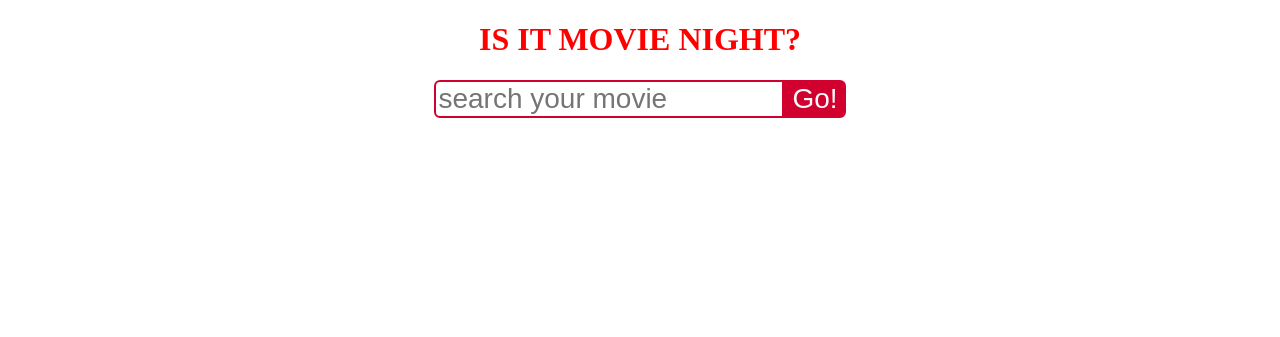
Repository: runner855/movies-app
Page: /
The author's editor kept a copy of each file at every save. The page is drawn from the files as they stood at one save, then again after the next save.
The browser window is 1280 px wide. The pictures show the whole page.
The project was rebuilt for these pictures with package versions that can differ from the ones it lists, and the page was loaded fresh each time. Also part of the build but not shown: src/styles/App.css, src/components/MovieSummary.js.

Above is the page before, as saved 2021-06-17 18:41:29.

### src/index.js
import React from "react";
import ReactDOM from "react-dom";
import "./styles/index.css";
import App from "./components/App";
import data from "./data/data.json";

ReactDOM.render(
  <React.StrictMode>
    <App data={data} />
  </React.StrictMode>,
  document.getElementById("root")
);

### src/styles/index.css
@font-face {
  font-family: "BebasNeue";
  src: url("../fonts/BebasNeue.otf") format("otf");
}
* {
  box-sizing: border-box;
}

body {
  margin: 0;
  padding: 0;
  font-family: "BebasNeue", sans-serif;
  /* background-color: #000; */
}

### src/components/App.js
import React from "react";
import "../styles/App.css";
import PropTypes from "prop-types";
import Header from "../components/header";
import Search from "../components/Search";
import MovieSummaries from "./MovieSummaries";

const App = ({ data }) => {
  return (
    <div className="Movie">
      <Header />
      <Search />
      <MovieSummaries data={data} />
    </div>
  );
};

export default App;

App.propTypes = {
  movies: PropTypes.arrayOf(
    PropTypes.shape({
      Title: PropTypes.string,
      Poster: PropTypes.any,
      Year: PropTypes.number,
    })
  ),
};

### src/data/data.json
[
  {
    "Title": "Avatar",
    "Year": "2009",
    "Rated": "PG-13",
    "Released": "18 Dec 2009",
    "Runtime": "162 min",
    "Genre": "Action, Adventure, Fantasy",
    "Director": "James Cameron",
    "Writer": "James Cameron",
    "Actors": "Sam Worthington, Zoe Saldana, Sigourney Weaver, Stephen Lang",
    "Plot": "A paraplegic marine dispatched to the moon Pandora on a unique mission becomes torn between following his orders and protecting the world he feels is his home.",
    "Language": "English, Spanish",
    "Country": "USA, UK",
    "Awards": "Won 3 Oscars. Another 80 wins & 121 nominations.",
    "Poster": "http://ia.media-imdb.com/images/M/MV5BMTYwOTEwNjAzMl5BMl5BanBnXkFtZTcwODc5MTUwMw@@._V1_SX300.jpg",
    "Metascore": "83",
    "imdbRating": "7.9",
    "imdbVotes": "890,617",
    "imdbID": "tt0499549",
    "Type": "movie",
    "Response": "True",
    "Images": [
      "https://images-na.ssl-images-amazon.com/images/M/MV5BMjEyOTYyMzUxNl5BMl5BanBnXkFtZTcwNTg0MTUzNA@@._V1_SX1500_CR0,0,1500,999_AL_.jpg",
      "https://images-na.ssl-images-amazon.com/images/M/MV5BNzM2MDk3MTcyMV5BMl5BanBnXkFtZTcwNjg0MTUzNA@@._V1_SX1777_CR0,0,1777,999_AL_.jpg",
      "https://images-na.ssl-images-amazon.com/images/M/MV5BMTY2ODQ3NjMyMl5BMl5BanBnXkFtZTcwODg0MTUzNA@@._V1_SX1777_CR0,0,1777,999_AL_.jpg",
      "https://images-na.ssl-images-amazon.com/images/M/MV5BMTMxOTEwNDcxN15BMl5BanBnXkFtZTcwOTg0MTUzNA@@._V1_SX1777_CR0,0,1777,999_AL_.jpg",
      "https://images-na.ssl-images-amazon.com/images/M/MV5BMTYxMDg1Nzk1MV5BMl5BanBnXkFtZTcwMDk0MTUzNA@@._V1_SX1500_CR0,0,1500,999_AL_.jpg"
    ]
  },
  {
    "Title": "I Am Legend",
    "Year": "2007",
    "Rated": "PG-13",
    "Released": "14 Dec 2007",
    "Runtime": "101 min",
    "Genre": "Drama, Horror, Sci-Fi",
    "Director": "Francis Lawrence",
    "Writer": "Mark Protosevich (screenplay), Akiva Goldsman (screenplay), Richard Matheson (novel), John William Corrington, Joyce Hooper Corrington",
    "Actors": "Will Smith, Alice Braga, Charlie Tahan, Salli Richardson-Whitfield",
    "Plot": "Years after a plague kills most of humanity and transforms the rest into monsters, the sole survivor in New York City struggles valiantly to find a cure.",
    "Language": "English",
    "Country": "USA",
    "Awards": "9 wins & 21 nominations.",
    "Poster": "http://ia.media-imdb.com/images/M/MV5BMTU4NzMyNDk1OV5BMl5BanBnXkFtZTcwOTEwMzU1MQ@@._V1_SX300.jpg",
    "Metascore": "65",
    "imdbRating": "7.2",
    "imdbVotes": "533,874",
    "imdbID": "tt0480249",
    "Type": "movie",
    "Response": "True",
    "Images": [
      "https://images-na.ssl-images-amazon.com/images/M/MV5BMTI0NTI4NjE3NV5BMl5BanBnXkFtZTYwMDA0Nzc4._V1_.jpg",
      "https://images-na.ssl-images-amazon.com/images/M/MV5BMTIwMDg2MDU4M15BMl5BanBnXkFtZTYwMTA0Nzc4._V1_.jpg",
      "https://images-na.ssl-images-amazon.com/images/M/MV5BMTc5MDM1OTU5OV5BMl5BanBnXkFtZTYwMjA0Nzc4._V1_.jpg",
      "https://images-na.ssl-images-amazon.com/images/M/MV5BMTA0MTI2NjMzMzFeQTJeQWpwZ15BbWU2MDMwNDc3OA@@._V1_.jpg"
    ]
  },
  {
    "Title": "300",
    "Year": "2006",
    "Rated": "R",
    "Released": "09 Mar 2007",
    "Runtime": "117 min",
    "Genre": "Action, Drama, Fantasy",
    "Director": "Zack Snyder",
    "Writer": "Zack Snyder (screenplay), Kurt Johnstad (screenplay), Michael Gordon (screenplay), Frank Miller (graphic novel), Lynn Varley (graphic novel)",
    "Actors": "Gerard Butler, Lena Headey, Dominic West, David Wenham",
    "Plot": "King Leonidas of Sparta and a force of 300 men fight the Persians at Thermopylae in 480 B.C.",
    "Language": "English",
    "Country": "USA",
    "Awards": "16 wins & 42 nominations.",
    "Poster": "http://ia.media-imdb.com/images/M/MV5BMjAzNTkzNjcxNl5BMl5BanBnXkFtZTYwNDA4NjE3._V1_SX300.jpg",
    "Metascore": "52",
    "imdbRating": "7.7",
    "imdbVotes": "611,046",
    "imdbID": "tt0416449",
    "Type": "movie",
    "Response": "True",
    "Images": [
      "https://images-na.ssl-images-amazon.com/images/M/MV5BMTMwNTg5MzMwMV5BMl5BanBnXkFtZTcwMzA2NTIyMw@@._V1_SX1777_CR0,0,1777,937_AL_.jpg",
      "https://images-na.ssl-images-amazon.com/images/M/MV5BMTQwNTgyNTMzNF5BMl5BanBnXkFtZTcwNDA2NTIyMw@@._V1_SX1777_CR0,0,1777,935_AL_.jpg",
      "https://images-na.ssl-images-amazon.com/images/M/MV5BMTc0MjQzOTEwMV5BMl5BanBnXkFtZTcwMzE2NTIyMw@@._V1_SX1777_CR0,0,1777,947_AL_.jpg"
    ]
  },
  {
    "Title": "The Avengers",
    "Year": "2012",
    "Rated": "PG-13",
    "Released": "04 May 2012",
    "Runtime": "143 min",
    "Genre": "Action, Sci-Fi, Thriller",
    "Director": "Joss Whedon",
    "Writer": "Joss Whedon (screenplay), Zak Penn (story), Joss Whedon (story)",
    "Actors": "Robert Downey Jr., Chris Evans, Mark Ruffalo, Chris Hemsworth",
    "Plot": "Earth's mightiest heroes must come together and learn to fight as a team if they are to stop the mischievous Loki and his alien army from enslaving humanity.",
    "Language": "English, Russian",
    "Country": "USA",
    "Awards": "Nominated for 1 Oscar. Another 34 wins & 75 nominations.",
    "Poster": "http://ia.media-imdb.com/images/M/MV5BMTk2NTI1MTU4N15BMl5BanBnXkFtZTcwODg0OTY0Nw@@._V1_SX300.jpg",
    "Metascore": "69",
    "imdbRating": "8.1",
    "imdbVotes": "1,003,301",
    "imdbID": "tt0848228",
    "Type": "movie",
    "Response": "True",
    "Images": [
      "https://images-na.ssl-images-amazon.com/images/M/MV5BMTA0NjY0NzE4OTReQTJeQWpwZ15BbWU3MDczODg2Nzc@._V1_SX1777_CR0,0,1777,999_AL_.jpg",
      "https://images-na.ssl-images-amazon.com/images/M/MV5BMjE1MzEzMjcyM15BMl5BanBnXkFtZTcwNDM4ODY3Nw@@._V1_SX1777_CR0,0,1777,999_AL_.jpg",
      "https://images-na.ssl-images-amazon.com/images/M/MV5BMjMwMzM2MTg1M15BMl5BanBnXkFtZTcwNjM4ODY3Nw@@._V1_SX1777_CR0,0,1777,999_AL_.jpg",
      "https://images-na.ssl-images-amazon.com/images/M/MV5BMTQ4NzM2Mjc5MV5BMl5BanBnXkFtZTcwMTkwOTY3Nw@@._V1_SX1777_CR0,0,1777,999_AL_.jpg",
      "https://images-na.ssl-images-amazon.com/images/M/MV5BMTc3MzQ3NjA5N15BMl5BanBnXkFtZTcwMzY5OTY3Nw@@._V1_SX1777_CR0,0,1777,999_AL_.jpg"
    ]
  },
  {
    "Title": "The Wolf of Wall Street",
    "Year": "2013",
    "Rated": "R",
    "Released": "25 Dec 2013",
    "Runtime": "180 min",
    "Genre": "Biography, Comedy, Crime",
    "Director": "Martin Scorsese",
    "Writer": "Terence Winter (screenplay), Jordan Belfort (book)",
    "Actors": "Leonardo DiCaprio, Jonah Hill, Margot Robbie, Matthew McConaughey",
    "Plot": "Based on the true story of Jordan Belfort, from his rise to a wealthy stock-broker living the high life to his fall involving crime, corruption and the federal government.",
    "Language": "English, French",
    "Country": "USA",
    "Awards": "Nominated for 5 Oscars. Another 35 wins & 154 nominations.",
    "Poster": "http://ia.media-imdb.com/images/M/MV5BMjIxMjgxNTk0MF5BMl5BanBnXkFtZTgwNjIyOTg2MDE@._V1_SX300.jpg",
    "Metascore": "75",
    "imdbRating": "8.2",
    "imdbVotes": "786,985",
    "imdbID": "tt0993846",
    "Type": "movie",
    "Response": "True",
    "Images": [
      "https://images-na.ssl-images-amazon.com/images/M/MV5BNDIwMDIxNzk3Ml5BMl5BanBnXkFtZTgwMTg0MzQ4MDE@._V1_SX1500_CR0,0,1500,999_AL_.jpg",
      "https://images-na.ssl-images-amazon.com/images/M/MV5BMTc0NzAxODAyMl5BMl5BanBnXkFtZTgwMDg0MzQ4MDE@._V1_SX1500_CR0,0,1500,999_AL_.jpg",
      "https://images-na.ssl-images-amazon.com/images/M/MV5BMTExMDk1MDE4NzVeQTJeQWpwZ15BbWU4MDM4NDM0ODAx._V1_SX1500_CR0,0,1500,999_AL_.jpg",
      "https://images-na.ssl-images-amazon.com/images/M/MV5BMTg3MTY4NDk4Nl5BMl5BanBnXkFtZTgwNjc0MzQ4MDE@._V1_SX1500_CR0,0,1500,999_AL_.jpg",
      "https://images-na.ssl-images-amazon.com/images/M/MV5BMTgzMTg4MDI0Ml5BMl5BanBnXkFtZTgwOTY0MzQ4MDE@._V1_SY1000_CR0,0,1553,1000_AL_.jpg"
    ]
  },
  {
    "Title": "Interstellar",
    "Year": "2014",
    "Rated": "PG-13",
    "Released": "07 Nov 2014",
    "Runtime": "169 min",
    "Genre": "Adventure, Drama, Sci-Fi",
    "Director": "Christopher Nolan",
    "Writer": "Jonathan Nolan, Christopher Nolan",
    "Actors": "Ellen Burstyn, Matthew McConaughey, Mackenzie Foy, John Lithgow",
    "Plot": "A team of explorers travel through a wormhole in space in an attempt to ensure humanity's survival.",
    "Language": "English",
    "Country": "USA, UK",
    "Awards": "Won 1 Oscar. Another 39 wins & 134 nominations.",
    "Poster": "http://ia.media-imdb.com/images/M/MV5BMjIxNTU4MzY4MF5BMl5BanBnXkFtZTgwMzM4ODI3MjE@._V1_SX300.jpg",
    "Metascore": "74",
    "imdbRating": "8.6",
    "imdbVotes": "937,412",
    "imdbID": "tt0816692",
    "Type": "movie",
    "Response": "True",
    "Images": [
      "https://images-na.ssl-images-amazon.com/images/M/MV5BMjA3NTEwOTMxMV5BMl5BanBnXkFtZTgwMjMyODgxMzE@._V1_SX1500_CR0,0,1500,999_AL_.jpg",
      "https://images-na.ssl-images-amazon.com/images/M/MV5BMzQ5ODE2MzEwM15BMl5BanBnXkFtZTgwMTMyODgxMzE@._V1_SX1500_CR0,0,1500,999_AL_.jpg",
      "https://images-na.ssl-images-amazon.com/images/M/MV5BMTg4Njk4MzY0Nl5BMl5BanBnXkFtZTgwMzIyODgxMzE@._V1_SX1500_CR0,0,1500,999_AL_.jpg",
      "https://images-na.ssl-images-amazon.com/images/M/MV5BMzE3MTM0MTc3Ml5BMl5BanBnXkFtZTgwMDIyODgxMzE@._V1_SX1500_CR0,0,1500,999_AL_.jpg",
      "https://images-na.ssl-images-amazon.com/images/M/MV5BNjYzNjE2NDk3N15BMl5BanBnXkFtZTgwNzEyODgxMzE@._V1_SX1500_CR0,0,1500,999_AL_.jpg"
    ]
  },
  {
    "ComingSoon": true,
    "Title": "Doctor Strange",
    "Year": "2016",
    "Rated": "N/A",
    "Released": "04 Nov 2016",
    "Runtime": "N/A",
    "Genre": "Action, Adventure, Fantasy",
    "Director": "Scott Derrickson",
    "Writer": "Scott Derrickson (screenplay), C. Robert Cargill (screenplay), Jon Spaihts (story by), Scott Derrickson (story by), C. Robert Cargill (story by), Steve Ditko (comic book)",
    "Actors": "Rachel McAdams, Benedict Cumberbatch, Mads Mikkelsen, Tilda Swinton",
    "Plot": "After his career is destroyed, a brilliant but arrogant and conceited surgeon gets a new lease on life when a sorcerer takes him under her wing and trains him to defend the world against evil.",
    "Language": "English",
    "Country": "USA",
    "Awards": "N/A",
    "Poster": "http://ia.media-imdb.com/images/M/MV5BNjgwNzAzNjk1Nl5BMl5BanBnXkFtZTgwMzQ2NjI1OTE@._V1_SX300.jpg",
    "Metascore": "N/A",
    "imdbRating": "N/A",
    "imdbVotes": "N/A",
    "imdbID": "tt1211837",
    "Type": "movie",
    "Response": "True",
    "Images": [
      "https://images-na.ssl-images-amazon.com/images/M/MV5BMjM3ODc1ODI5Ml5BMl5BanBnXkFtZTgwODMzMDY3OTE@._V1_.jpg",
      "https://images-na.ssl-images-amazon.com/images/M/MV5BMTgxNTAyNTU0NV5BMl5BanBnXkFtZTgwNzMzMDY3OTE@._V1_.jpg",
      "https://images-na.ssl-images-amazon.com/images/M/MV5BMjE5NDc5NzUwNV5BMl5BanBnXkFtZTgwMDM3MDM2NzE@._V1_.jpg"
    ]
  },
  {
    "ComingSoon": true,
    "Title": "Rogue One: A Star Wars Story",
    "Year": "2016",
    "Rated": "N/A",
    "Released": "16 Dec 2016",
    "Runtime": "N/A",
    "Genre": "Action, Adventure, Sci-Fi",
    "Director": "Gareth Edwards",
    "Writer": "Chris Weitz (screenplay), Tony Gilroy (screenplay), John Knoll (story), Gary Whitta (story), George Lucas (characters)",
    "Actors": "Felicity Jones, Riz Ahmed, Mads Mikkelsen, Ben Mendelsohn",
    "Plot": "The Rebellion makes a risky move to steal the plans to the Death Star, setting up the epic saga to follow.",
    "Language": "English",
    "Country": "USA",
    "Awards": "1 nomination.",
    "Poster": "https://images-na.ssl-images-amazon.com/images/M/MV5BMjQyMzI2OTA3OF5BMl5BanBnXkFtZTgwNDg5NjQ0OTE@._V1_SY1000_CR0,0,674,1000_AL_.jpg",
    "Metascore": "N/A",
    "imdbRating": "N/A",
    "imdbVotes": "N/A",
    "imdbID": "tt3748528",
    "Type": "movie",
    "Response": "True",
    "Images": [
      "https://images-na.ssl-images-amazon.com/images/M/MV5BMjE3MzA4Nzk3NV5BMl5BanBnXkFtZTgwNjAxMTc1ODE@._V1_SX1777_CR0,0,1777,744_AL_.jpg",
      "https://images-na.ssl-images-amazon.com/images/M/MV5BNDMxMTQzMjQxM15BMl5BanBnXkFtZTgwNzAxMTc1ODE@._V1_SX1777_CR0,0,1777,744_AL_.jpg",
      "https://images-na.ssl-images-amazon.com/images/M/MV5BMTUyNjkxOTk5NV5BMl5BanBnXkFtZTgwODAxMTc1ODE@._V1_SX1777_CR0,0,1777,744_AL_.jpg",
      "https://images-na.ssl-images-amazon.com/images/M/MV5BNjM4MzExNDAyNl5BMl5BanBnXkFtZTgwOTAxMTc1ODE@._V1_SX1777_CR0,0,1777,744_AL_.jpg",
      "https://images-na.ssl-images-amazon.com/images/M/MV5BMjE3NTgxMDcyNV5BMl5BanBnXkFtZTgwMDExMTc1ODE@._V1_SX1777_CR0,0,1777,744_AL_.jpg"
    ]
  },
  {
    "ComingSoon": true,
    "Title": "Assassin's Creed",
    "Year": "2016",
    "Rated": "N/A",
    "Released": "21 Dec 2016",
    "Runtime": "N/A",
    "Genre": "Action, Adventure, Fantasy",
    "Director": "Justin Kurzel",
    "Writer": "Bill Collage (screenplay), Adam Cooper (screenplay), Michael Lesslie (screenplay)",
    "Actors": "Michael Fassbender, Michael Kenneth Williams, Marion Cotillard, Jeremy Irons",
    "Plot": "When Callum Lynch explores the memories of his ancestor Aguilar and gains the skills of a Master Assassin, he discovers he is a descendant of the secret Assassins society.",
    "Language": "English",
    "Country": "UK, France, USA, Hong Kong",
    "Awards": "N/A",
    "Poster": "http://ia.media-imdb.com/images/M/MV5BMTU2MTQwMjU1OF5BMl5BanBnXkFtZTgwMDA5NjU5ODE@._V1_SX300.jpg",
    "Metascore": "N/A",
    "imdbRating": "N/A",
    "imdbVotes": "N/A",
    "imdbID": "tt2094766",
    "Type": "movie",
    "Response": "True",
    "Images": [
      "https://images-na.ssl-images-amazon.com/images/M/MV5BN2EyYzgyOWEtNTY2NS00NjRjLWJiNDYtMWViMjg5MWZjYjgzXkEyXkFqcGdeQXVyNjUwNzk3NDc@._V1_.jpg",
      "https://images-na.ssl-images-amazon.com/images/M/MV5BMTYwOWYzOTctOTc4My00ZmJkLTgzMTctMmUxNDI5ODQzYzNjXkEyXkFqcGdeQXVyNDAyODU1Njc@._V1_SX1500_CR0,0,1500,999_AL_.jpg",
      "https://images-na.ssl-images-amazon.com/images/M/MV5BZTY5ZGUxMTAtYTU0OC00NGQ2LTkzNzgtZGZmNjlmNjY3MGU0XkEyXkFqcGdeQXVyNTY0MTkxMTg@._V1_SY1000_CR0,0,1500,1000_AL_.jpg",
      "https://images-na.ssl-images-amazon.com/images/M/MV5BZjA0MWYwZTEtYzc5Yi00NGM2LTg1YTctNjY2YzQ0NDJhZDAwXkEyXkFqcGdeQXVyNDAyODU1Njc@._V1_SY1000_CR0,0,1499,1000_AL_.jpg"
    ]
  }
]

### src/components/header.js
import React from "react";
import "../styles/header.css";

const header = () => {
  return (
    <>
      <h1>IS IT MOVIE NIGHT?</h1>
    </>
  );
};

export default header;

### src/components/Search.js
import React from "react";
import "../styles/Search.css";

const Search = () => {
  return (
    <>
      <form className="search-form">
        <input
          placeholder="search your movie"
          className="search-input"
          type="text"
        />
        <button className="search-btn" type="submit">
          Go!
        </button>
      </form>
    </>
  );
};

export default Search;

### src/components/MovieSummaries.js
import React from "react";
import PropTypes from "prop-types";
import data from "../data/data.json";
import MovieSummary from "../components/MovieSummary";

const MovieSummaries = () => {
  return (
    <>
      <div className="MovieSummaries_container">
        {data.map((data, index) => {})}
      </div>
    </>
  );
};

export default MovieSummaries;

MovieSummaries.propTypes = {
  data: PropTypes.arrayOf(
    PropTypes.shape({
      Title: PropTypes.string.isRequired,
      Poster: PropTypes.any.isRequired,
      Year: PropTypes.number.isRequired,
    })
  ),
};

### src/styles/header.css
h1 {
  font-family: "BebasNeue";
  color: red;
  font-weight: bold;
  text-align: center;
}

### src/styles/Search.css
.App {
  display: flex;
  flex-direction: column;
}

.app-ui {
  display: grid;
  grid-template-columns: repeat(auto-fit, min-max(384px, 2fr));
  grid-gap: 16px;
}

.search-input {
  width: 350px;
  background: #fff;
  border: 2px solid #d1002e;
  font-size: 28px;
  display: inline-block;
  outline: none;
  border-radius: 6px 0 0 6px;
}

.search-input {
  grid-column-start: 1;
  grid-column-end: -1;
}

.search-input input {
  width: 100%;
  box-sizing: border-box;
  justify-content: center;
}

.search-form {
  display: flex;
  flex-direction: row;
  justify-content: center;
  text-decoration: none;
}

.search-btn {
  position: relative;
  border: 2px solid #d1002e;
  background-color: #d1002e;
  color: #fafafa;
  font-size: 28px;
  display: inline-block;
  outline: none;
  border-radius: 0 6px 6px 0;
}

Loaded but not shown: public/index.html (common file)

After the next save:
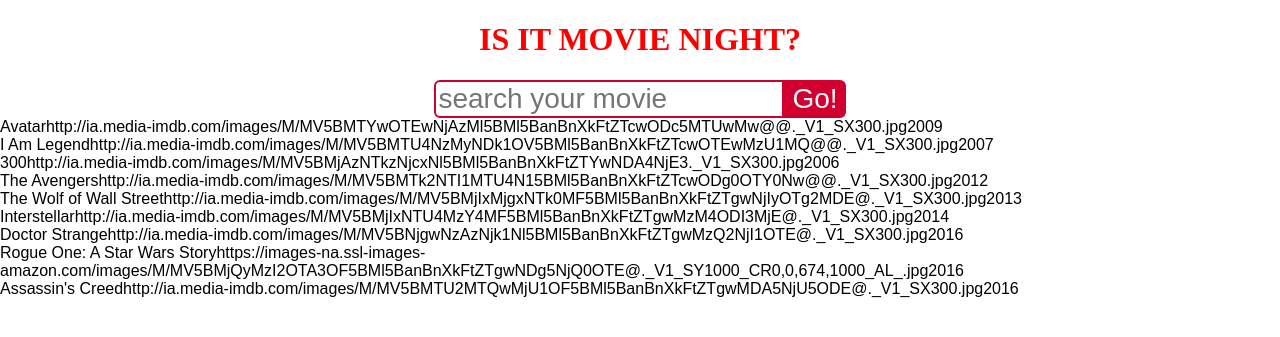
Saved 90 s later.
--- a/src/components/MovieSummaries.js
+++ b/src/components/MovieSummaries.js
@@ -7,7 +7,15 @@
   return (
     <>
       <div className="MovieSummaries_container">
-        {data.map((data, index) => {})}
+        {data.map((data, key) => {
+          return (
+            <div key={key}>
+              {data.Title}
+              {data.Poster}
+              {data.Year}
+            </div>
+          );
+        })}
       </div>
     </>
   );
